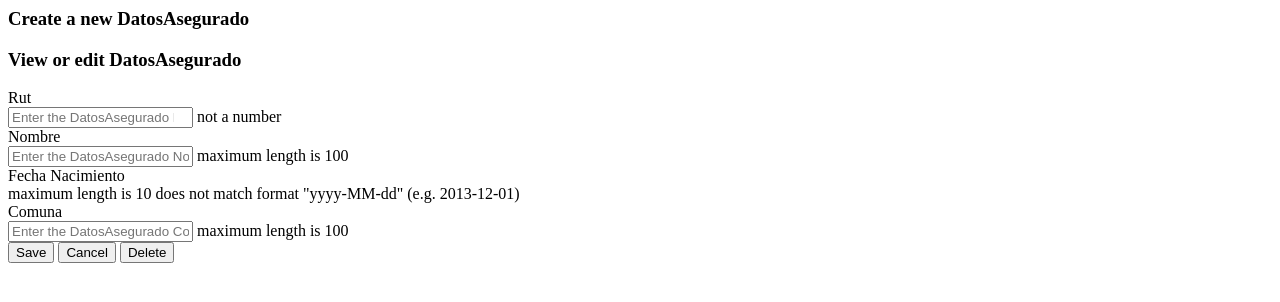
Repository: PabloRPalma/SistemaVentaSeguros
Page: Cotizador/src/main/webapp/views/DatosAsegurado/search.html
These files come from the project's save history. The page is drawn as it stood at one moment and after the next save; the edit follows.
The browser window is 1280 px wide. The pictures show the whole page.

Above is the page before, as saved 2021-02-05 09:30:40.

After the next save:
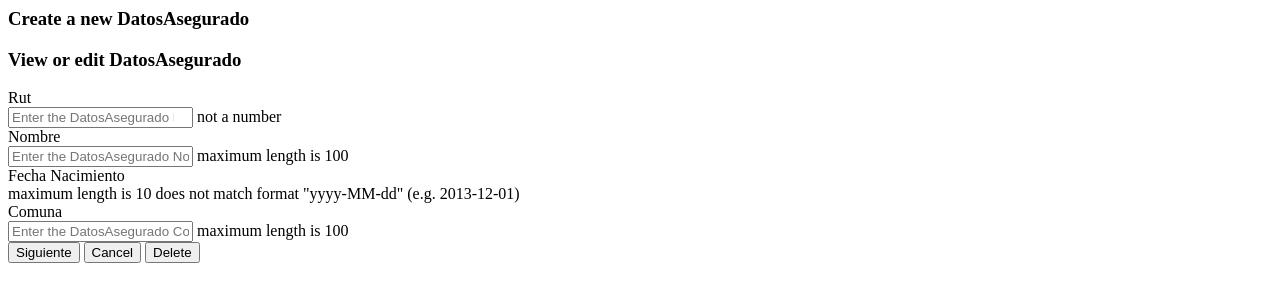
Saved 46 s later.
--- a/Cotizador/src/main/webapp/views/DatosAsegurado/search.html
+++ b/Cotizador/src/main/webapp/views/DatosAsegurado/search.html
@@ -40,7 +40,7 @@
 
     <div class="form-group">
         <div class="col-sm-offset-2 col-sm-10">
-            <button id="saveDatosAsegurado" name="saveDatosAsegurado" class="btn btn-primary" ng-disabled="isClean() || DatosAseguradoForm.$invalid" ng-click="save()"><span class="glyphicon glyphicon-ok-sign"></span> Save</button>
+            <button id="saveDatosAsegurado" name="saveDatosAsegurado" class="btn btn-primary" ng-disabled="isClean() || DatosAseguradoForm.$invalid" ng-click="save()"><span class="glyphicon glyphicon-ok-sign"></span> Siguiente</button>
             <button id="cancel" name="cancel" class="btn btn-default" ng-click="cancel()"><span class="glyphicon glyphicon-remove-sign"></span> Cancel</button>
             <button id="deleteDatosAsegurado" name="deleteDatosAsegurado" class="btn btn-danger" ng-show="datosAsegurado.valorizacionId" ng-click="remove()"><span class="glyphicon glyphicon-trash"></span> Delete</button>
         </div>
